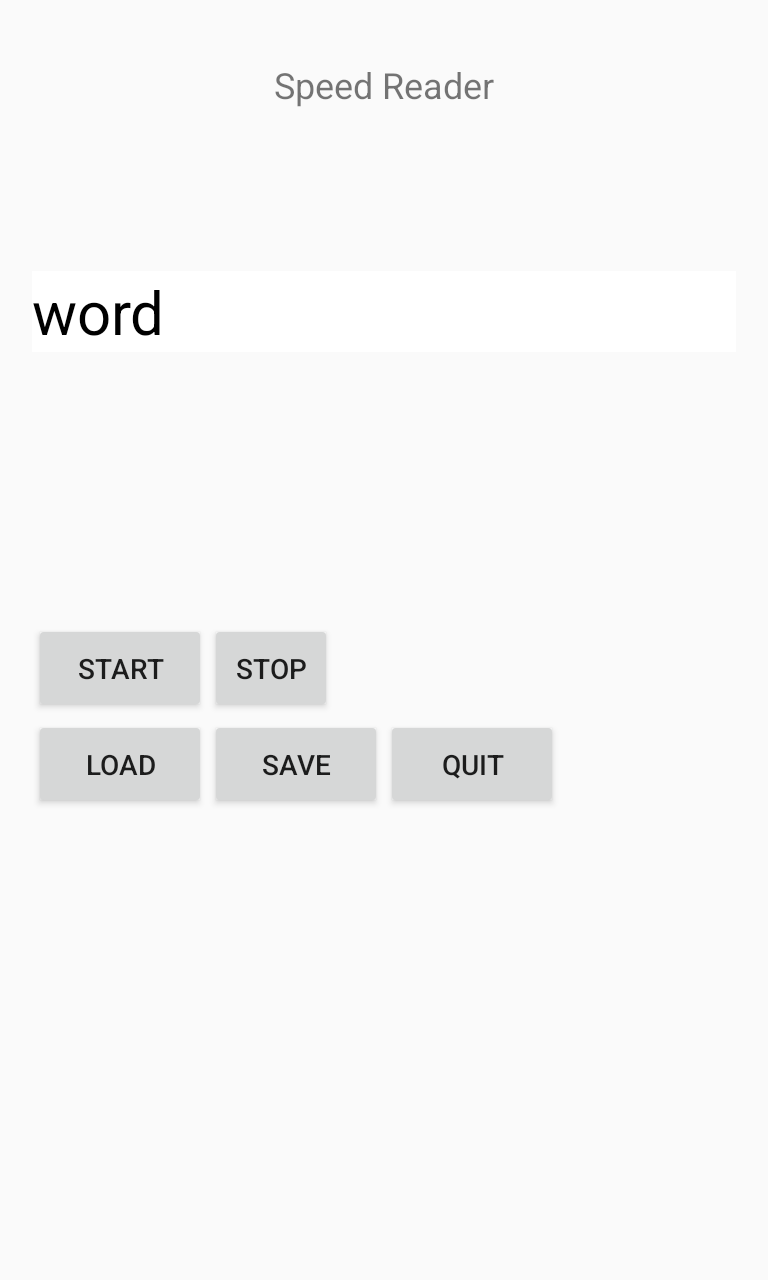
Repository: hdemby/workspace
Layout: Reader/res/layout/activity_main.xml
An editor plug-in stored every save of this project. The layout is shown before and after the next save, followed by the edit.
It is drawn on a 768 x 1280 px phone screen (xhdpi) without system bars, with theme AppTheme; the app's code is not run.

Above is the layout before, as saved 2014-12-04 04:20:17.

After the next save:
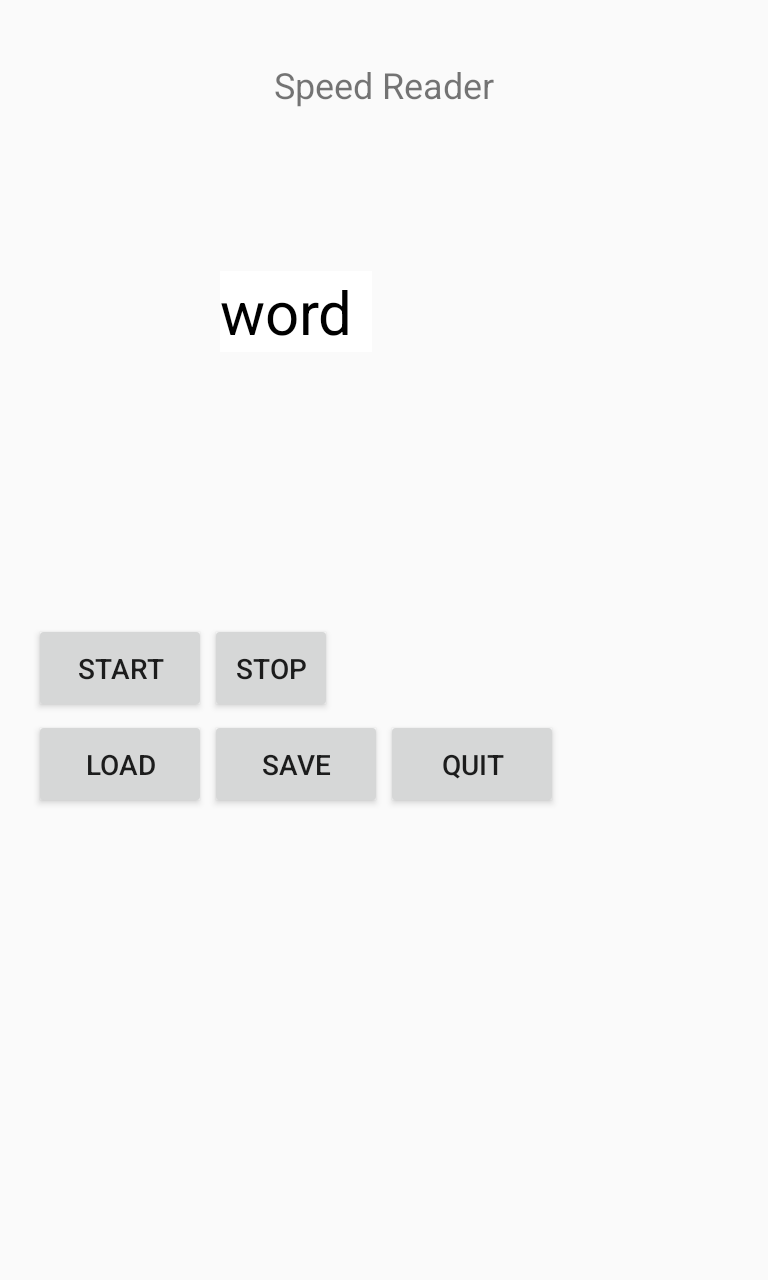
Saved 5 min 52 s later.
--- a/Reader/res/layout/activity_main.xml
+++ b/Reader/res/layout/activity_main.xml
@@ -36,8 +36,9 @@
 
         <EditText
             android:id="@+id/editText1"
-            android:layout_width="wrap_content"
+            android:layout_width="76dp"
             android:layout_height="wrap_content"
+            android:layout_gravity="center_horizontal"
             android:layout_marginTop="63dp"
             android:background="#ffffffff"
             android:clickable="false"
